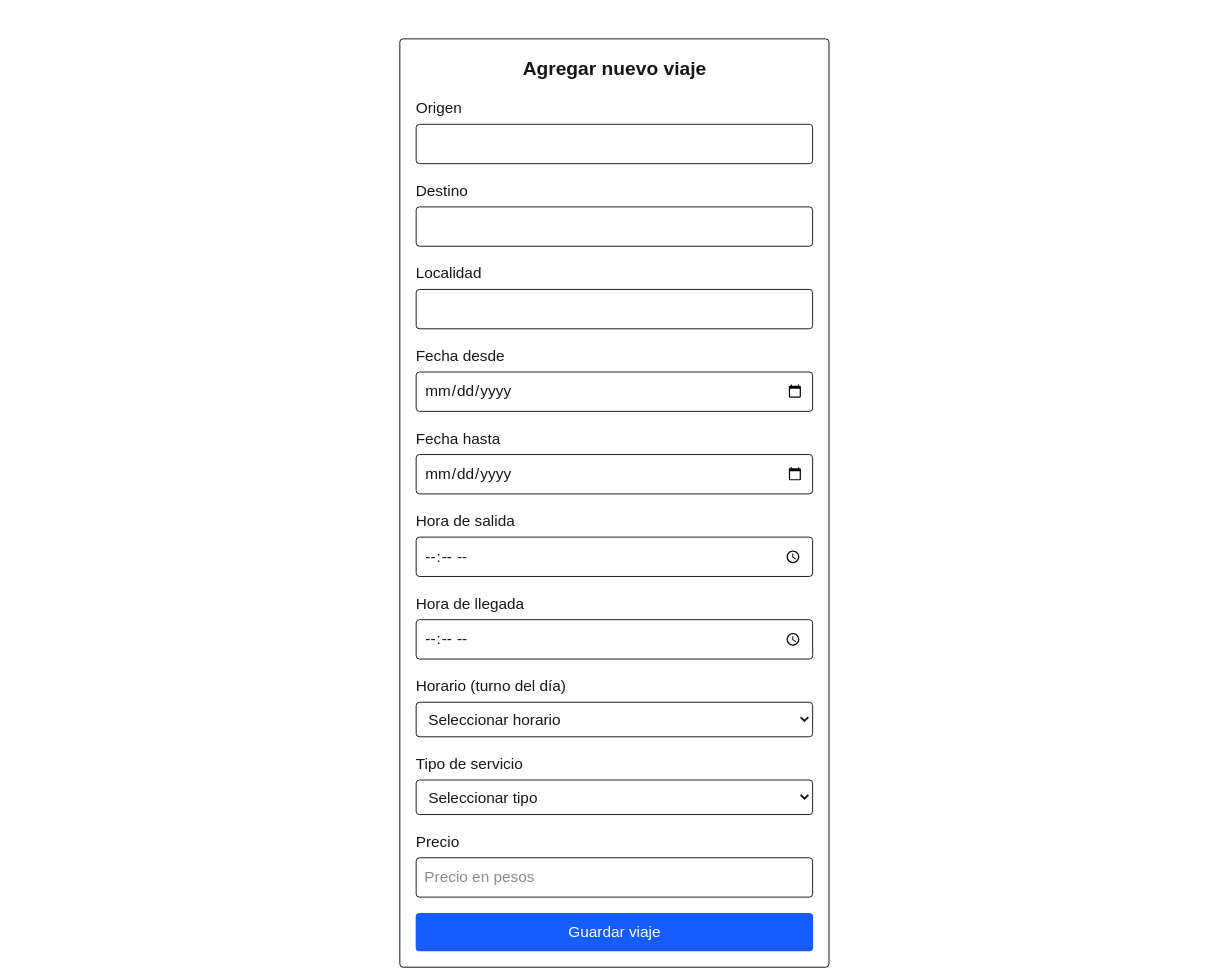
Repository: francoluca35/appcolectivos
Page: /agregarviaje
An editor plug-in stored every save of this project. The page is shown before and after the next save, followed by the edit.
The browser window is 1280 px wide. The pictures show the whole page, at 96% of full size.
The project was rebuilt for these pictures with package versions that can differ from the ones it lists, and the page was loaded fresh each time. The framework's server and built-in components were replaced by stand-ins that run in the browser. Also part of the build but not shown: next.config.mjs.

Above is the page before, as saved 2025-03-27 20:55:11.

### src/app/agregarviaje/page.js
'use client';
import { useState } from "react";
import useAgregarViaje from "@/hooks/useAgregarViaje";

function AgregarViaje() {
  const [form, setForm] = useState({
    origen: "",
    destino: "",
    localidad: "",
    fechaDesde: "",
    fechaHasta: "",
    horaSalida: "",
    horaLlegada: "",
    horario: "",
    precio: "",
    tipoServicio: "", // 🆕 nuevo campo
  });

  const { agregarViaje, loading, error, success } = useAgregarViaje();

  const handleChange = (e) => {
    setForm({ ...form, [e.target.name]: e.target.value });
  };

  const handleSubmit = async (e) => {
    e.preventDefault();
    await agregarViaje(form);
    setForm({
      origen: "",
      destino: "",
      localidad: "",
      fechaDesde: "",
      fechaHasta: "",
      horaSalida: "",
      horaLlegada: "",
      horario: "",
      precio: "",
      tipoServicio: "", // limpiar también
    });
  };

  return (
    <div className="max-w-md mx-auto mt-10 p-4 border rounded shadow bg-white">
      <h2 className="text-xl font-bold mb-4 text-center">Agregar nuevo viaje</h2>
      <form onSubmit={handleSubmit} className="flex flex-col gap-4">

        <div>
          <label className="block mb-1 font-medium">Origen</label>
          <input type="text" name="origen" className="border p-2 rounded w-full" value={form.origen} onChange={handleChange} />
        </div>

        <div>
          <label className="block mb-1 font-medium">Destino</label>
          <input type="text" name="destino" className="border p-2 rounded w-full" value={form.destino} onChange={handleChange} />
        </div>

        <div>
          <label className="block mb-1 font-medium">Localidad</label>
          <input type="text" name="localidad" className="border p-2 rounded w-full" value={form.localidad} onChange={handleChange} />
        </div>

        <div>
          <label className="block mb-1 font-medium">Fecha desde</label>
          <input type="date" name="fechaDesde" className="border p-2 rounded w-full" value={form.fechaDesde} onChange={handleChange} />
        </div>

        <div>
          <label className="block mb-1 font-medium">Fecha hasta</label>
          <input type="date" name="fechaHasta" className="border p-2 rounded w-full" value={form.fechaHasta} onChange={handleChange} />
        </div>

        <div>
          <label className="block mb-1 font-medium">Hora de salida</label>
          <input type="time" name="horaSalida" className="border p-2 rounded w-full" value={form.horaSalida} onChange={handleChange} />
        </div>

        <div>
          <label className="block mb-1 font-medium">Hora de llegada</label>
          <input type="time" name="horaLlegada" className="border p-2 rounded w-full" value={form.horaLlegada} onChange={handleChange} />
        </div>

        <div>
          <label className="block mb-1 font-medium">Horario (turno del día)</label>
          <select name="horario" className="border p-2 rounded w-full" value={form.horario} onChange={handleChange}>
            <option value="">Seleccionar horario</option>
            <option value="mañana">Mañana</option>
            <option value="tarde">Tarde</option>
            <option value="noche">Noche</option>
          </select>
        </div>

        {/* 🆕 Tipo de servicio */}
        <div>
          <label className="block mb-1 font-medium">Tipo de servicio</label>
          <select name="tipoServicio" className="border p-2 rounded w-full" value={form.tipoServicio} onChange={handleChange}>
            <option value="">Seleccionar tipo</option>
            <option value="semi-cama">Semi Cama</option>
            <option value="cama-completa">Cama Completa</option>
            <option value="clasico">Clásico</option>
          </select>
        </div>

        <div>
          <label className="block mb-1 font-medium">Precio</label>
          <input type="number" name="precio" className="border p-2 rounded w-full" placeholder="Precio en pesos" value={form.precio} onChange={handleChange} />
        </div>

        <button
          type="submit"
          className="bg-blue-600 text-white py-2 rounded hover:bg-blue-700 transition"
          disabled={loading}
        >
          {loading ? "Guardando..." : "Guardar viaje"}
        </button>

        {error && <p className="text-red-500 text-sm text-center">{error}</p>}
        {success && <p className="text-green-600 text-sm text-center">Viaje guardado correctamente</p>}
      </form>
    </div>
  );
}

export default AgregarViaje;

### src/hooks/useAgregarViaje.js
'use client';
import { useState } from "react";

export default function useAgregarViaje() {
  const [loading, setLoading] = useState(false);
  const [error, setError] = useState(null);
  const [success, setSuccess] = useState(false);

  const agregarViaje = async (datos) => {
    setLoading(true);
    setError(null);
    setSuccess(false);

    try {
      const res = await fetch("/api/agregar-viaje", {
        method: "POST",
        headers: { "Content-Type": "application/json" },
        body: JSON.stringify(datos),
      });

      const data = await res.json();
      if (!res.ok) throw new Error(data.error || "Error al agregar viaje");

      setSuccess(true);
      return data;
    } catch (err) {
      setError(err.message);
    } finally {
      setLoading(false);
    }
  };

  return { agregarViaje, loading, error, success };
}

Loaded but not shown: src/app/layout.js (common file); src/app/globals.css (common file)

After the next save:
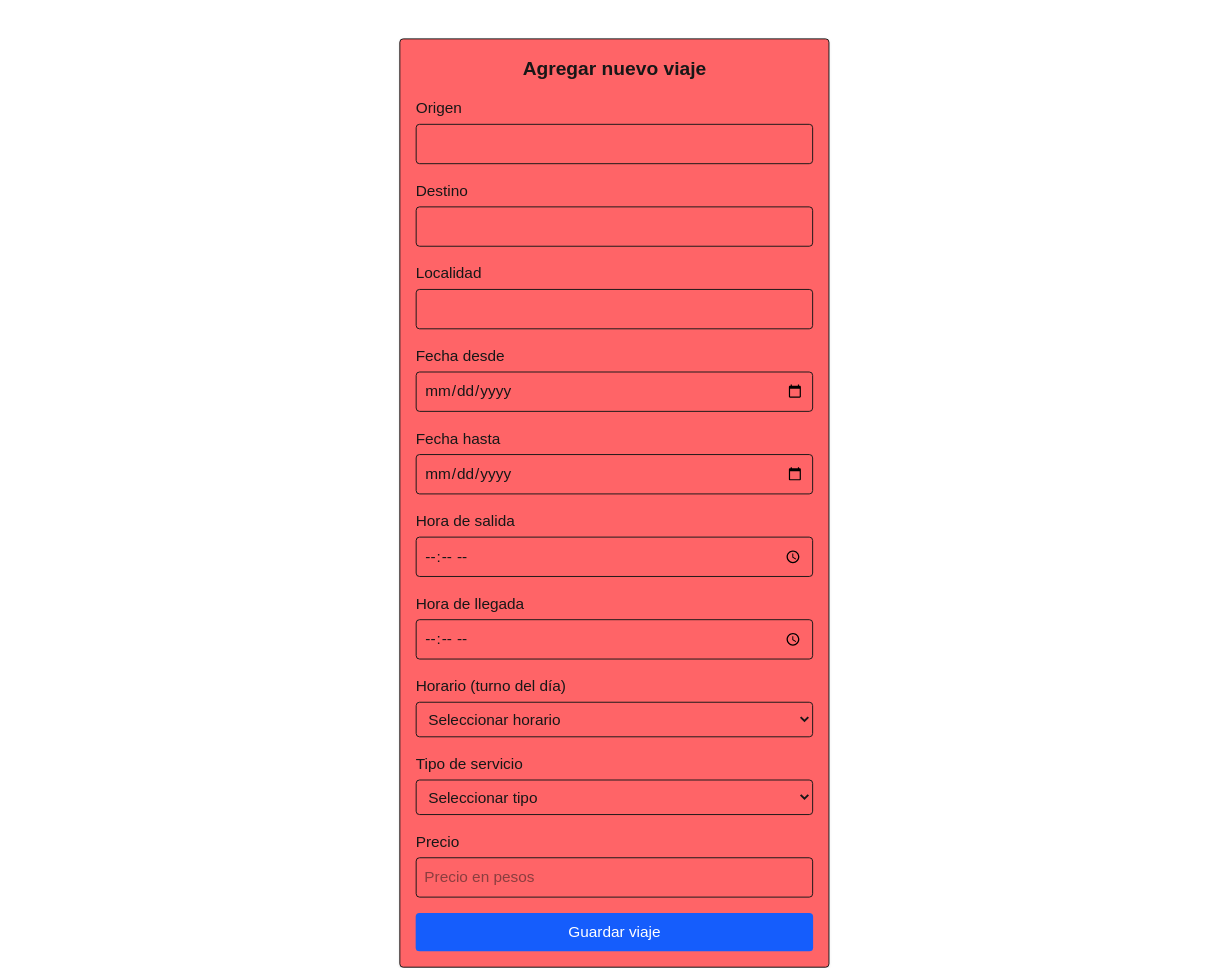
Saved 35 s later.
--- a/src/app/agregarviaje/page.js
+++ b/src/app/agregarviaje/page.js
@@ -40,7 +40,7 @@ function AgregarViaje() {
   };
 
   return (
-    <div className="max-w-md mx-auto mt-10 p-4 border rounded shadow bg-white">
+    <div className="max-w-md mx-auto mt-10 p-4 border rounded shadow bg-red-400">
       <h2 className="text-xl font-bold mb-4 text-center">Agregar nuevo viaje</h2>
       <form onSubmit={handleSubmit} className="flex flex-col gap-4">
 
